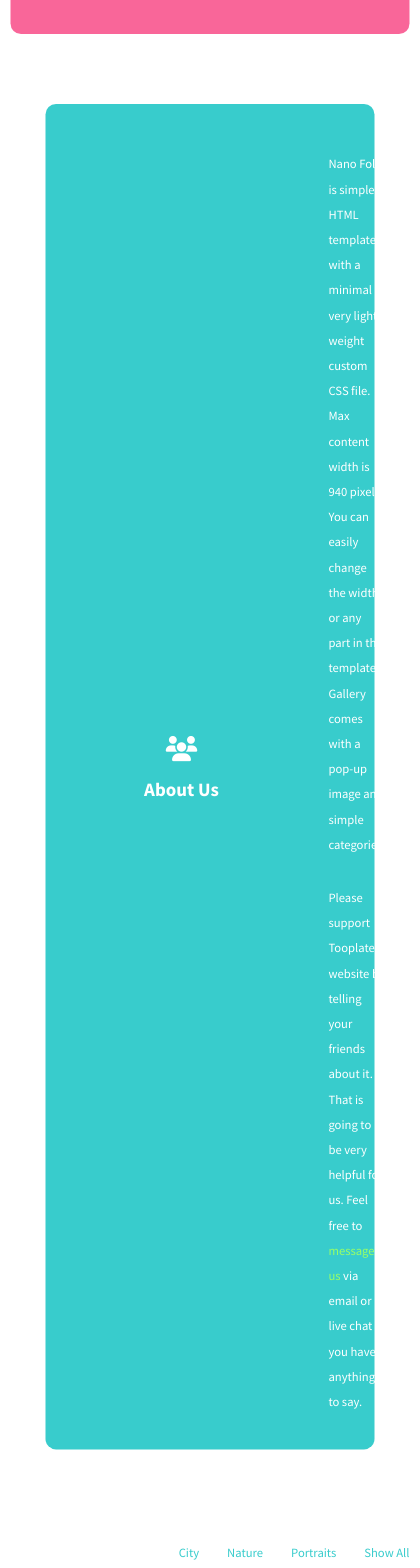
Repository: BuiVanVu102/Tooplate
Page: index.html
These files come from the project's save history. The page is drawn as it stood at one moment and after the next save; the edit follows.
The browser window is 600 px wide. The pictures show the part of the page from y = 481 to 2721 px (the page is 4122 px tall), at 70% of full size.
Some web libraries are served in a nearby version. The style sheet was rebuilt from its Sass, Less or Tailwind sources for each picture, by a compiler version that may differ from the author's.

Above is the page before, as saved 2021-11-17 09:42:03.

### index.html
<!DOCTYPE html>
<html lang="en">
<head>
	<meta charset="UTF-8">
	<meta http-equiv="X-UA-Compatible" content="IE=edge">
	<meta name="viewport" content="width=device-width, initial-scale=1.0">
	<link rel="preconnect" href="https://fonts.googleapis.com">
	<link rel="preconnect" href="https://fonts.gstatic.com" crossorigin>
	<link href="https://fonts.googleapis.com/css2?family=Source+Sans+Pro:wght@400;700&display=swap" rel="stylesheet">
	<link rel="stylesheet" href="./css/app.css">
	<title>Nano Folio - Live View</title>
</head>
<body>
		<div class="wrapper">
			<main>
				<section class="first">
					<div class="container">
						<div class="first__container">
							<i class="fas fa-heart fa-3x"></i>
							<h1 class="first__name">Nano Folio</h1>
						</div>
					</div>
				</section>
				<section class="about">
					<div class="container">
						<div class="about__container">
							<div class="about__heading">
								<i class="fas fa-users fa-2x"></i>
								<h2 class="about__name">
									About Us
								</h2>
							</div>
							<div class="about__desc">
								<p class="about__typography1">
									Nano Folio is simple HTML template with a minimal very light-weight custom CSS file. Max content width is 940 pixels. You can easily change the width or any part in this template. Gallery comes with a pop-up image and simple categories.
								</p>
								<p class="about__typography2">
									Please support Tooplate website by telling your friends about it. That is going to be very helpful for us. Feel free to <a rel="nofollow" href="https://www.tooplate.com/contact" target="_blank" style="color: #99FF66;">message us</a>  via email or live chat if you have anything to say.
								</p>
							</div>
						</div>
					</div>
				</section>
				<section class="show">
					<div class="container">
						<div class="show__container">
							<div class="show__header">
								<ul class="menu">
									<li class="menu__item"><a href="#!">City</a></li>
									<li class="menu__item"><a href="#!">Nature</a></li>
									<li class="menu__item"><a href="#!">Portraits</a></li>
									<li class="menu__item"><a href="#!">Show All</a></li>
								</ul>
							</div>
							<div class="show__list">
								<div class="show__img">
									<img src="./images/city-1.jpg" alt="">
								</div>
								<div class="show__img">
									<img src="./images/human-1.jpg" alt="">
								</div>
								<div class="show__img">
									<img src="./images/city-2.jpg" alt="">
								</div>
								<div class="show__img">
									<img src="./images/nature-1.jpg" alt="">
								</div>
								<div class="show__img">
									<img src="./images/city-3.jpg" alt="">
								</div>
								<div class="show__img">
									<img src="./images/city-4.jpg" alt="">
								</div>
								<div class="show__img">
									<img src="./images/nature-2.jpg" alt="">
								</div>
								<div class="show__img">
									<img src="./images/nature-3.jpg" alt="">
								</div>
								<div class="show__img">
									<img src="./images/nature-4.jpg" alt="">
								</div>
								<div class="show__img">
									<img src="./images/nature-5.jpg" alt="">
								</div>
								<div class="show__img">
									<img src="./images/nature-6.jpg" alt="">
								</div>
								<div class="show__img">
									<img src="./images/human-2.jpg" alt="">
								</div>

							</div>
						</div>
					</div>
				</section>
				<section class="form">
					<div class="container">
						<div class="form__container">
							<div class="form__submit">
								<input type="text" name="" id="" placeholder="name">
								<input type="email" name="" id="" placeholder="email">
								<textarea name="" id="" cols="30" rows="10" placeholder="message"></textarea>
								<button type="submit">send</button>
							</div>
							<div class="form__info">
								<address class="form__adress">120 Curabitur sed tortor ultrices, congue odio eget, posuere urna. Praesent at rhoncus 10680</address>
								<div class="form__phone">
									Tel: <a href="tel:0100200340" class="form__phone-link">010-020-0340</a>
								</div>
								<div class="form__network">
									<a href="https://facebook.com"><i class="fab fa-facebook"></i></a>
									<a href="https://twitter.com"><i class="fab fa-twitter"></i></a>
									<a href="https://instagram.com"><i class="fab fa-instagram"></i></a>

								</div>
							</div>
							<div class="form__contact">
								<i class="fas fa-map-pin fa-3x"></i>
								<h2 class="form__contact-text">
									Contact
								</h2>
							</div>
						</div>
					</div>
				</section>
			</main>
			<footer class="footer">
				<div class="container">
					<div class="footer__container">

					Copyright 2020 Nano Folio - Design: <a rel="sponsored" href="https://www.tooplate.com" class="footer__link">Tooplate</a>
					</div>
				</div>
			</footer>
		</div>
		<script src="https://kit.fontawesome.com/33b4a28a88.js" crossorigin="anonymous"></script>
</body>
</html>

### sass/app.scss
@import 'variable';
@import 'reset';
@import 'global';
@import 'first';
@import 'about';
@import 'show';
@import 'form';
@import 'footer';

### sass/_variable.scss
$font: 'Source Sans Pro', sans-serif;
$text-color: #ffff;
$title-color: #38cccc;

### sass/_reset.scss
html {
	box-sizing: border-box;
  }
  * {
	margin: 0;
	padding: 0;
  }
  *,
  *:before,
  *:after {
	box-sizing: border-box;
  }
  input,
  textarea,
  select,
  button {
	outline: none;
  }
  input {
	line-height: normal;
  }
  label,
  button {
	cursor: pointer;
  }
  a {
	text-decoration: none;
  }
  img {
	display: block;
	max-width: 100%;
  }

### sass/_global.scss
body {
	line-height: 2em;
	color: $font;
	font-size: 18px;
	font-family: $font;
	font-weight: 400;
	background-color: white;
	overflow-x: hidden;
}

.wrapper {
	max-width: 100%;
	margin: 0 auto;
}
.container {
	width: 100%;
	max-width: 970px;
	margin: 0 auto;
	padding: 0px 15px;
}

### sass/_first.scss
.first {
	margin-top: 60px;
	&__container{
		display: flex;
		flex-direction: column;
		justify-content: center;
		align-items: center;
		border-radius: 15px;
		max-width: 940px;
		height: 470px;
		background-color: #f96699;
		color: white;
		margin-bottom: 50px;

	}
	&__name {
		margin: 22px 0;
	}
}
.fa-hear:before {
	content: "\f004";
}

### sass/_about.scss
.about {
	margin-top: 0px;
	&__container {
		display: flex;
		justify-content: center;
		align-items: center;
		flex: 1 1;
		flex-grow: 1;
		flex-shrink: 1;
		flex-basis: 0%;

		padding: 50px 50px;
		margin-bottom: 80px;

		min-height: auto;
		max-width: 940px;
		background-color: #38cccc;
		color: white;

		border-radius: 15px;
	}
	&__heading {
		display: flex;
		flex-direction: column;
		align-items: center;
		justify-content: center;

		min-width: 420px;
		height:382px;
	}
	&__name {
		margin:  22px 0;
		font-size: 1.5em;
		font-weight: bold;
	}
	&__decs {
		display: flex;
		flex-direction: column;
		justify-content: center;
		align-items: center;

	}
	&__typography1 {
		margin-top: 1rem;
		display: block;
		margin: 18px 0 40px;
		font: 18px;
	}
	&__typography2 {
		margin-bottom: 1rem;
		display: block;
		margin: 18px 0 0;
		font: 18px;
	}
}
.fa-user:before {
	content: "\f0c0";
}
p {
	display: block;
    margin-block-start: 1em;
    margin-block-end: 1em;
    margin-inline-start: 0px;
    margin-inline-end: 0px;
}
@media screen and (max-width: 767px) {
	.about {
		padding: 50px;
		min-width: 319px;
		&__typogarphy {

		}
		&__heading {
			min-width: 420px;
		}
	}
}

### sass/_show.scss
.show {
	margin-bottom: 80px;
	&__container {
		display: block;
	}
	&__header {
		display: flex;
		justify-content: flex-end;
		align-items: center;
		margin-bottom: 40px;
		color: #38CCCC;
	}
	&__list {
		display: grid;
		grid-template-columns: repeat(4, 1fr);
		gap: 20px;

		position: relative;
	}
	&__img img{
		width: 220px;
		height: 220px;
		border-radius: 0.5rem;
	}

}

.menu {
	list-style: none;
	display: flex;
	align-items: center;
	gap: 0 40px;


	&__item a {
		color: inherit;
		font-size: 18px;
	}
	&__item a:focus{
		color: #f96699;
	}
}

### sass/_form.scss
.form {
	margin-bottom: 50px;
	&__container {
		display: flex;
		justify-content: space-between;
		align-self: center;

		max-width: 940px;
		height: 438px;

		color: white;
		background-color: #99CCCC;

		padding: 50px 20px;

		border-radius: 15px;
	}
	&__submit {
		display: block;
		width: 40%;
	}
	&__submit  input{
		display: block;
		font-family: $font;
		font-size: 1rem;
		background: transparent;
		color: white;
		border: 0;
		border-bottom: 1px solid white;
		padding: 15px 0;
		margin-top: 5px;
		margin-bottom: 5px;
		width: 100%;
	}
	&__submit textarea {
		font-family: $font;
		font-size: 1rem;
		background:transparent;
		border: 0;
		border-bottom: 1px solid white;
		color: white;
		padding: 15px 0;
		margin: 5px 0 30px;
		max-width: 100%;
		max-height: 156px;
	}
	&__submit input:focus-visible {
		outline-offset: 0px;
		outline: -webkit-focus-color auto 1px;
		outline-color: -webkit-focus-ring-color;
		outline-style: auto;
		outline-width: 1px;
	}
	&__submit textarea:focus-visible {
		outline-offset: 0px;
		outline: -webkit-focus-ring-color auto 1px;
		outline-color: -webkit-focus-ring-color;
		outline-style: auto;
		outline-width: 1px;
	}
	&__submit button {
		display: block;

		background: none;
		color: white;
		font-size: 1rem;
		border: 0;
		cursor: pointer;
		transition: all 0.3s ease;

		margin-left: auto;
		margin-right: 0;
	}
	&__submit button:hover {
		color: black;
	}
	&__submit button:focus-visible {
		outline-offset: 0px;
		outline: -webkit-focus-ring-color auto 1px;
		outline-color: -webkit-focus-ring-color;
		outline-style: auto;
		outline-width: 1px;
	}
	&__info {
		display: block;

		width: 40%;
		padding: 20px 34px 0;
	}
	&__adress{
		display: block;
		margin-bottom: 30px;
		font-style: normal;
		font-size: 18px;

		max-width: 292px;
	}
	&__phone {
		display: block;
		margin-bottom: 40px;
		color: white;
		&-link {
			color: inherit;
			transition: all 0.3s ease;
		}
		&-link:hover {
			color: #38CCCC;
		}
	}
	&__network {
		display: flex;

	}
	&__network a {
		display: flex;
		justify-content: center;
		align-items: center;

		height: 40px;
		width: 40px;

		background-color: #ffff;
		margin-right: 15px;

		color: #99cccc;
		transition: all 0.3s ease;
	}
	&__network a:hover {
		color: #30ADAD;
	}
	&__contact {
		display: flex;
		flex-direction: column;
		align-items: center;
		justify-content: center;

		width: 20%;
		padding: 0 34px;
		&-text {
			display: block;
			margin: 22.4px;
			font-size: 1.5em;
			font-weight: bold;

		}
	}
}
::placeholder {
	color: white;

}

.fa-facebook:before {
	content: "\f09a";
}
.fa-twitter:before {
    content: "\f099";
}
.fa-instagram:before {
    content: "\f16d";
}
.fa-map-pin:before {
    content: "\f276";
}

### sass/_footer.scss
.footer {
	margin-bottom: 60px;
	&__container {
		display: block;
		color: #999999;
		text-align: center;
	}
	&__link {
		color:#999999;
		transition: all 0.3s ease;
	}
	&__link:hover {
		color: #38CCCC;
	}

}

After the next save:
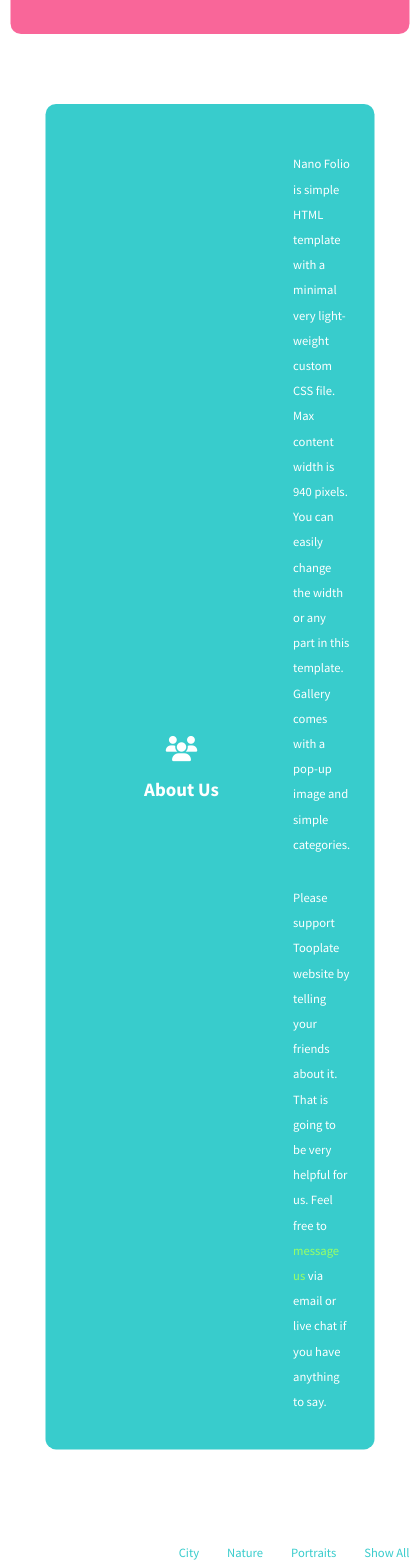
Saved 12 s later.
--- a/sass/_about.scss
+++ b/sass/_about.scss
@@ -71,7 +71,7 @@
 
 		}
 		&__heading {
-			min-width: 420px;
+			min-width: 319px;
 		}
 	}
 }

After the save that followed:
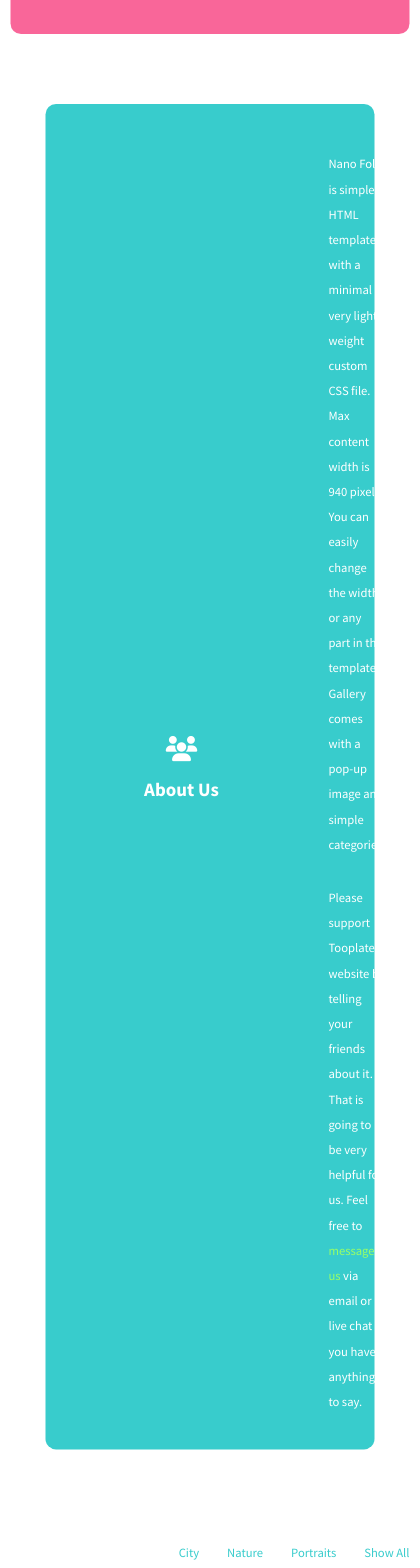
Saved 32 s later.
--- a/sass/_about.scss
+++ b/sass/_about.scss
@@ -71,7 +71,7 @@
 
 		}
 		&__heading {
-			min-width: 319px;
+			// min-width: 319px;
 		}
 	}
 }
